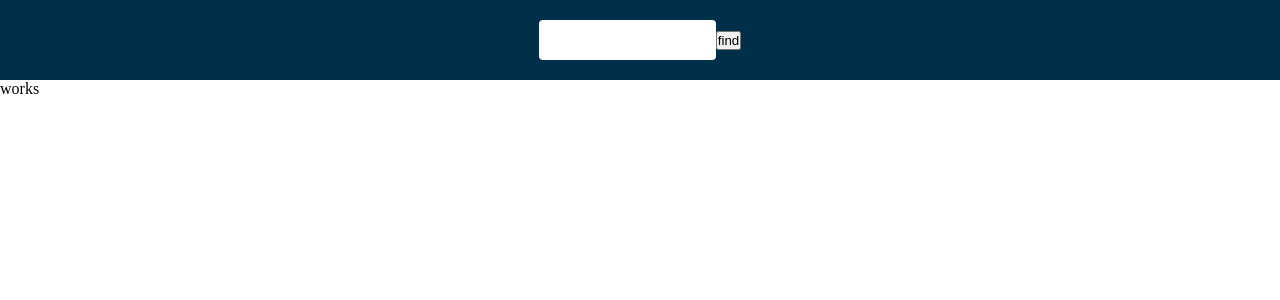
Repository: rutsguifd/uni
Page: / (app in filmhub-react/)
These files come from the project's save history. The page is drawn as it stood at one moment and after the next save; the edit follows.
The browser window is 1280 px wide. The pictures show the whole page.
The project was rebuilt for these pictures with package versions that can differ from the ones it lists, and the page was loaded fresh each time.

Above is the page before, as saved 2022-04-13 01:16:18.

### filmhub-react/src/index.js
import React from "react";
import ReactDOM from "react-dom";
import { Provider } from "react-redux";
import App from "./App";
import { store } from "./store"

ReactDOM.render(
  <React.StrictMode>
    <Provider store={store}>
      <App />
    </Provider>
  </React.StrictMode>,
  document.getElementById("root")
);

### filmhub-react/src/App.js
import axios from "axios";
import { useEffect } from "react";
import Header from "./components/Header";
import './styles/App.scss'

function App() {
  return (
    <div className="App">
    <Header/>
      works
    </div>
  );
}

export default App;

### filmhub-react/src/store/index.js
import { combineReducers, createStore } from "redux";
import { composeWithDevTools } from "redux-devtools-extension";
import { fetchDataReducer } from "./fetchDataReducer";
const rootReducer = combineReducers({
    fetchDataReducer
})

export const store = createStore(rootReducer, composeWithDevTools())

### filmhub-react/src/components/Header.jsx
import axios from "axios";
import React, { useState } from "react";
import { useDispatch, useSelector } from "react-redux";
import "../styles/Header.scss"
import MyInput from "./UI/MyInput/MyInput";

function fetchSearchMovie(searchQuery) {
  return axios.get(`http://www.omdbapi.com/?apikey=c4183736&s=${searchQuery}`)
}

const Header = () => {
  const [searchQuery, setSearchQuery] = useState("");
  const dispatch = useDispatch();
  const fetchData = (e) => {
      e.preventDefault()
      fetchSearchMovie(searchQuery)
      .then((data)=>dispatch({type: "FETCH_SEARCH_MOVIE", payload: data.data.Search}))
      setSearchQuery("")
  }
  const a = useSelector((state)=>state.fetchDataReducer.movies)
  console.log(a)
  return (
    <div className="header">
      <form>
        <MyInput
          value={searchQuery}
          onChange={(e) => setSearchQuery(e.target.value)}
        />
        <button onClick={fetchData}>find</button>
      </form>
      <div>{a.map(film=><div>{film.Title}</div>)}</div>
    </div>
  );
};

export default Header;

### filmhub-react/src/store/fetchDataReducer.js
import axios from "axios";

const initialState = {
    movies: []
};

const FETCH_SEARCH_MOVIE = "FETCH_SEARCH_MOVIE";

export const fetchDataReducer = (state = initialState, action) => {
    switch(action.type) {
        case FETCH_SEARCH_MOVIE:
            return {...state, movies: action.payload}
        default:
            return state;
    }
}

### filmhub-react/src/styles/Header.scss
.header{
    display: flex;
    padding: 20px;
    justify-content: center;
    align-items: center;
    background-color: #003049;
}

### filmhub-react/src/components/UI/MyInput/MyInput.jsx
import React from 'react'
import classes from './MyInput.module.scss'

const MyInput = (props) => {
  return (
    <input {...props} className={classes.input}/>
  )
}

export default MyInput

### filmhub-react/src/components/UI/MyInput/MyInput.module.scss
.input{
    height: 40px;
    border-radius: 4px;
    border: none;
    &:focus{
        border: none;
    }
    &:hover {
        transition: 0.2s;
        background-color: #a8dadc;
    }
}

Loaded but not shown: filmhub-react/public/index.html (common file); filmhub-react/src/styles/App.scss (common file)

After the next save:
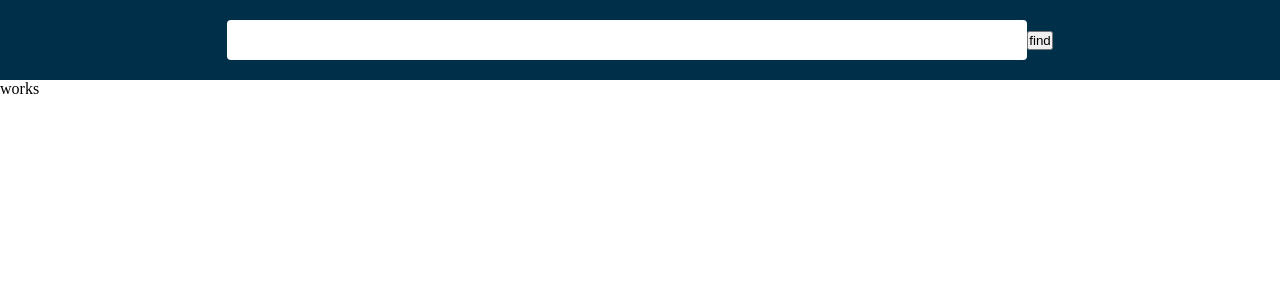
Saved 32 s later.
--- a/filmhub-react/src/components/UI/MyInput/MyInput.module.scss
+++ b/filmhub-react/src/components/UI/MyInput/MyInput.module.scss
@@ -1,5 +1,6 @@
 .input{
     height: 40px;
+    width: 800px;
     border-radius: 4px;
     border: none;
     &:focus{
